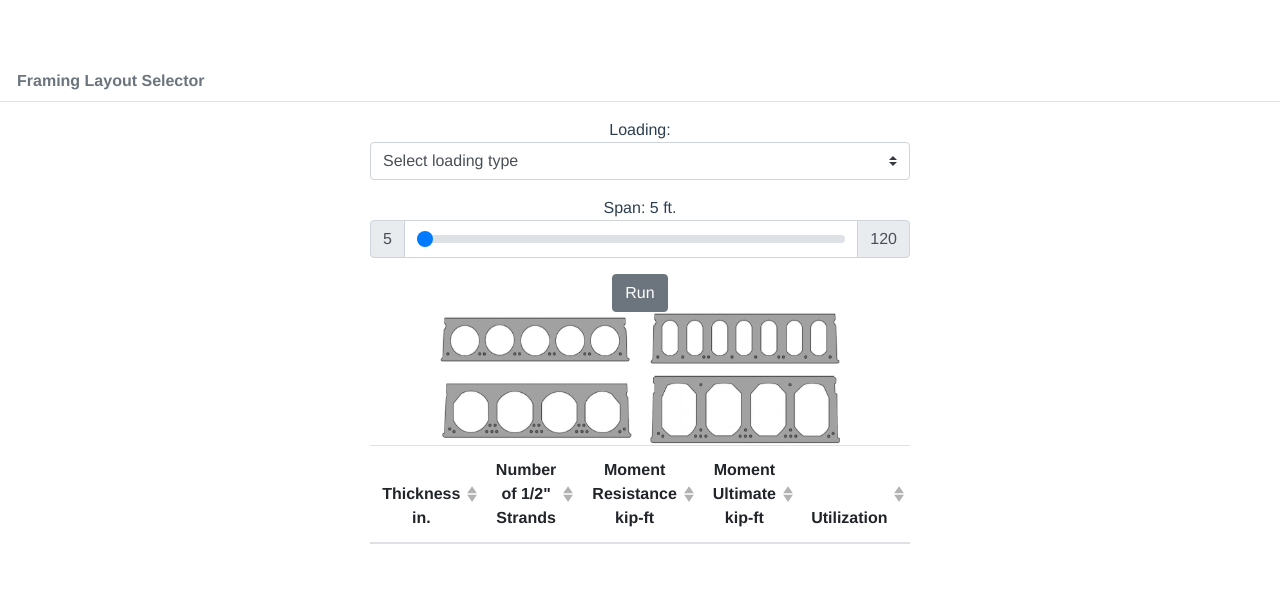
Repository: kanwarjohal/framingconceptclient
Page: /
These files come from the project's save history. The page is drawn as it stood at one moment and after the next save; the edit follows.
The browser window is 1280 px wide. The pictures show the whole page.
The page's requests for data from a server got no answer. The project was rebuilt for these pictures with package versions that can differ from the ones it lists, and the page was loaded fresh each time. No one was signed in, and anything a server would have sent is missing.

Above is the page before, as saved 2020-04-10 18:35:47.

### src/main.js
import Vue from 'vue'
import App from './App.vue'
import { BootstrapVue} from 'bootstrap-vue'
import 'bootstrap/dist/css/bootstrap.css'
import 'bootstrap-vue/dist/bootstrap-vue.css'
import axios from 'axios'
import VueAxios from 'vue-axios'

// Install BootstrapVue
Vue.use(BootstrapVue)
Vue.prototype.$http = axios

Vue.config.productionTip = false

new Vue({
  render: h => h(App),
}).$mount('#app')

### src/components/Header.vue
<template>
    <div>
        <b-nav tabs>
            <b-nav-item disabled><b>Framing Layout Selector</b></b-nav-item>
        </b-nav>
    </div>
</template>

### src/components/LoadingType.vue


<template>
<div>
    <!-- <div class="mt-3">Building Type:</div>
    <div>
    <b-form-select v-model="selected_building">
        <option value="Select building">Select building type.</option>
        <option :value="l.loading_type" v-for="l in firstliveload" :key="l.loading">{{l.loading_type}}</option>
    </b-form-select>
    </div> -->
    <div class="mt-3">Loading:</div>
    <div>
    <b-form-select v-model="selected_loading">
        <option value="Select loading">Select loading type</option>
        <option :value="[l.occupancy, l.use, l.uniformloadpsf]" v-for="l in firstliveload">{{l.occupancy +" "+ l.use +" : "+ l.uniformloadpsf}} psf </option>
    </b-form-select>
    </div>
    <div class="mt-3">Span: {{ input_span }} ft.</div>
    <!-- <div id="app">
        <input id="my-field" v-model="input_span">
    </div> -->
    <div>
        <b-input-group prepend="5" append="120">
        <b-form-input type="range" min="5" max="120" v-model="input_span"></b-form-input>
        </b-input-group>
    </div>
    <div class="mt-3">
        <b-button v-on:click="postPost">Run</b-button>
    </div>
    <div>
        <b-img center src="hollowcoresections.png" alt="Center image" width="400" height="133"></b-img>
    </div>
    <div>
    <b-table striped hover :items="hollowcoreitems" :fields="fields"></b-table>
    </div>
</div>
</template>


<script>
import axios from 'axios'
    export default {
        data(){
                return{selected_loading:"Select loading",
                selected_building:"Select building",
                input_span:"5", hollowcoreitems:[],
                fields: [
                    {
                    key: 'depth',
                    label: 'Thickness in.',
                    sortable: true
                    },
                    {
                    key: 'strands13mm',
                    label: 'Number of 1/2" Strands',
                    sortable: true
                    },
                    {
                    key: 'mr',
                    label: 'Moment Resistance kip-ft',
                    sortable: true,
                    },
                    {
                    key: 'mu',
                    label: 'Moment Ultimate kip-ft',
                    sortable: true
                    },
                    {
                    key: 'utilization',
                    label: 'Utilization',
                    sortable: true
                    },
                ],
                }
        },
        props: {
            firstliveload: Array
        },
        methods: {
            postPost: function() {
                axios({
                    method: 'post',
                    url: 'https://strukanwar.herokuapp.com/framingrequest',
                    data: { userinput: this.selected_loading,
                            span: this.input_span
                    }
                }).then((response) => {
                    console.log(response.data)
                    this.hollowcoreitems = response.data
                })
            }
        }
    }
</script>

//    .then((response) => {
//                 return response.json()
//             })
//             .then((jsonData) => {
//                 this.framingresponse = jsonData.framingresponse;
//             })

Loaded but not shown: public/index.html (common file); src/App.vue (common file)

After the next save:
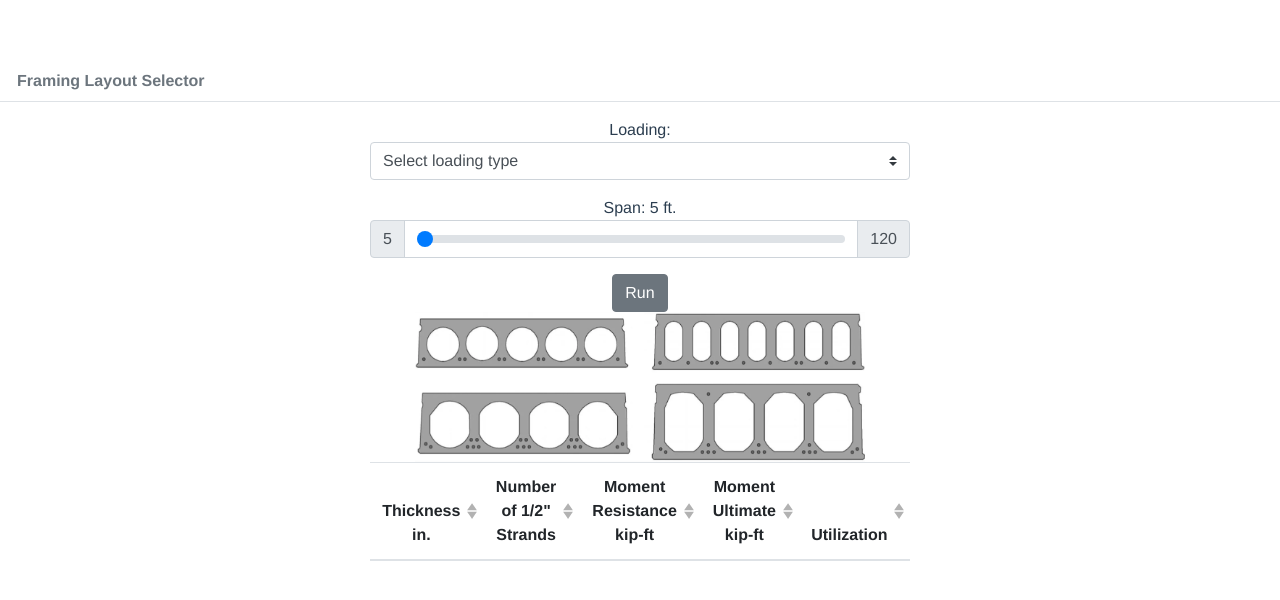
Saved 27 s later.
--- a/src/components/LoadingType.vue
+++ b/src/components/LoadingType.vue
@@ -29,7 +29,7 @@
         <b-button v-on:click="postPost">Run</b-button>
     </div>
     <div>
-        <b-img center src="hollowcoresections.png" alt="Center image" width="400" height="133"></b-img>
+        <b-img center src="hollowcoresections.png" alt="Center image" width="450" height="150"></b-img>
     </div>
     <div>
     <b-table striped hover :items="hollowcoreitems" :fields="fields"></b-table>
